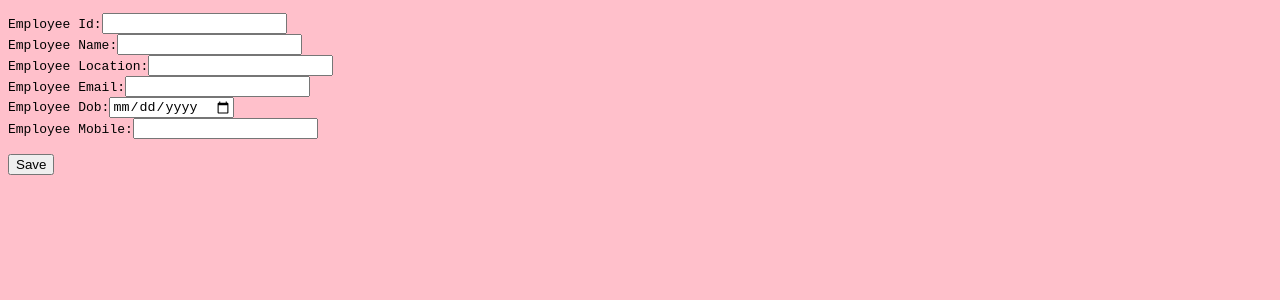
Repository: shaikhreza43/Employee_project
Page: http://localhost/employee_project/
The author's editor kept a copy of each file at every save. The page is drawn from the files as they stood at one save, then again after the next save.
The browser window is 1280 px wide. The pictures show the whole page.
The page is served by Tomcat 9. Other server files are loaded and not shown.

Above is the page before, as saved 2018-10-25 11:05:23.

### employee_project/WebContent/saveemployee.jsp
<%@ page language="java" contentType="text/html; charset=ISO-8859-1"
    pageEncoding="ISO-8859-1"%>
<!DOCTYPE html>
<html>
<head>
<meta charset="ISO-8859-1">
<title>Welcome</title>
</head>
<body bgcolor="pink">
<form action="saveemp.do" method="post">
<pre>
Employee Id:<input type="text" name="id" id="id">
Employee Name:<input type="text" name="name" id="name">
Employee Location:<input type="text" name="location" id="location">
Employee Email:<input type="email" name="email" id="email">
Employee Dob:<input type="date" name="dob" id="dob">
Employee Mobile:<input type="number" name="phoneNumber" id="phoneNumber">

<input type="submit" value="Save" id="save">
<a href="success.jsp" onclick="save"></a>



</pre>

</form>



</body>
</html>

After the next save:
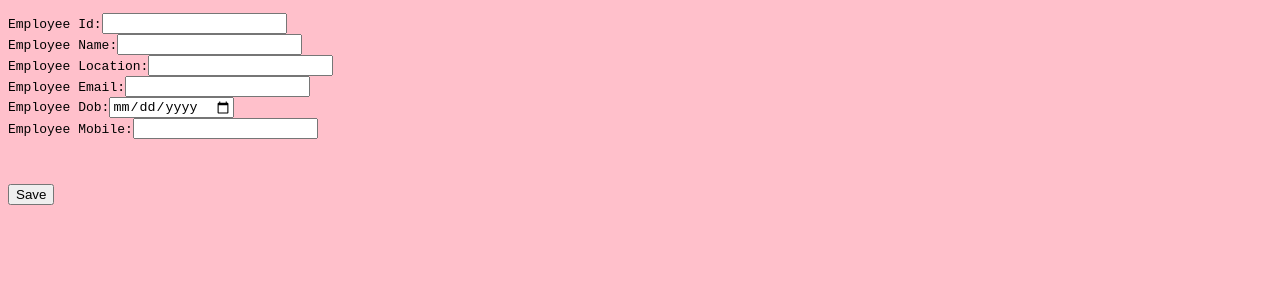
Saved 60 min 45 s later.
--- a/employee_project/WebContent/saveemployee.jsp
+++ b/employee_project/WebContent/saveemployee.jsp
@@ -16,8 +16,9 @@ Employee Email:<input type="email" name="email" id="email">
 Employee Dob:<input type="date" name="dob" id="dob">
 Employee Mobile:<input type="number" name="phoneNumber" id="phoneNumber">
 
-<input type="submit" value="Save" id="save">
-<a href="success.jsp" onclick="save"></a>
+
+
+<a href="success.jsp" ><input type="submit" value="Save" id="save"></a>
 
 
 
